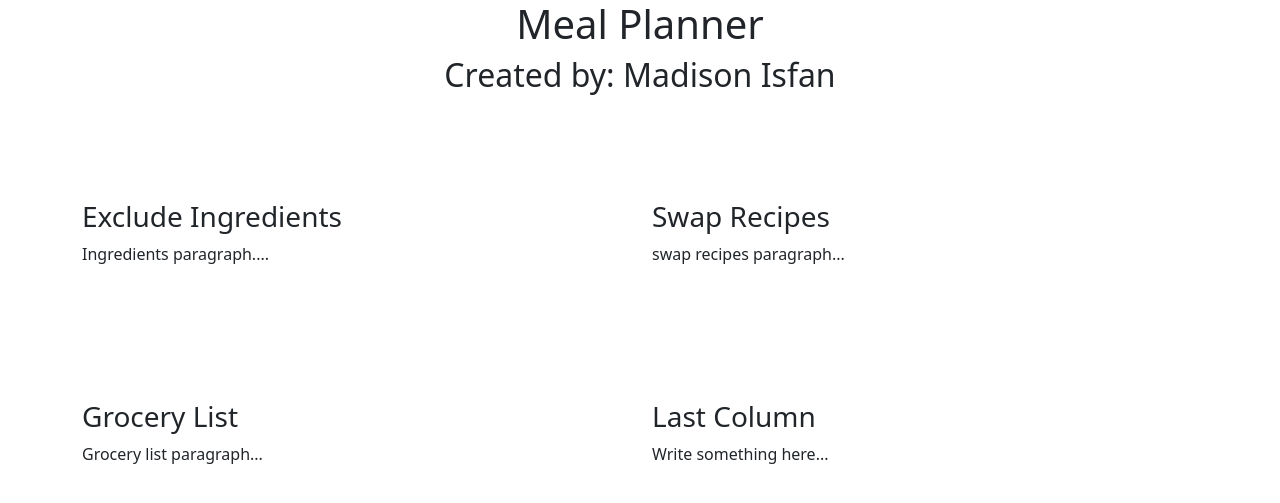
Repository: madisonisfan/Meal-Planner
Page: index.html
The author's editor kept a copy of each file at every save. The page is drawn from the files as they stood at one save, then again after the next save.
The browser window is 1280 px wide. The pictures show the whole page.
Some web libraries are served in a nearby version.

Above is the page before, as saved 2021-02-17 16:26:53.

After the next save:
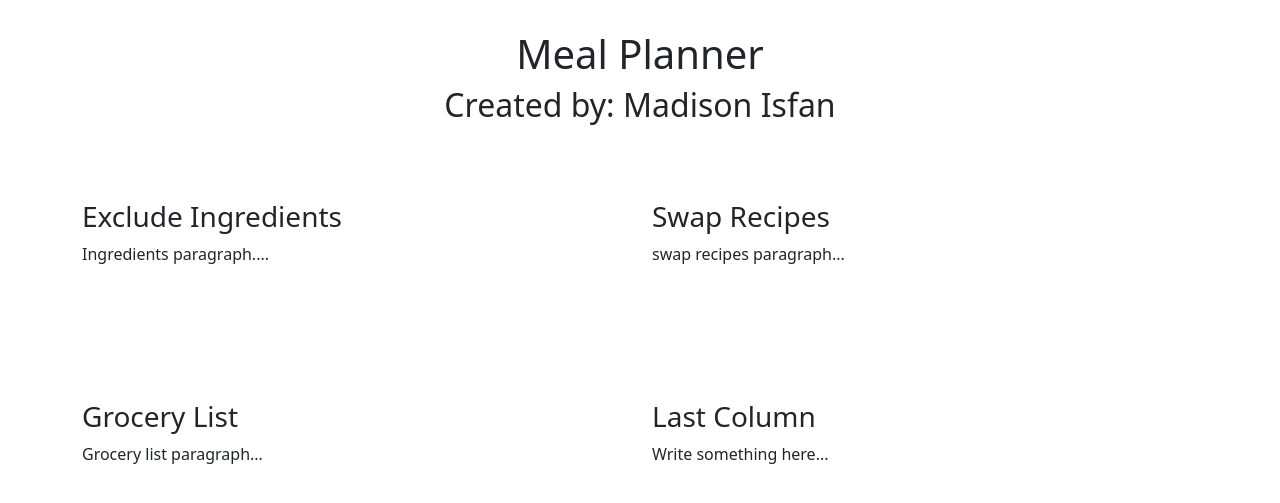
Saved 82 s later.
--- a/css/styles.css
+++ b/css/styles.css
@@ -5,3 +5,7 @@ header {
 .row-content {
   min-height: 200px;
 }
+
+.jumbotron {
+  padding: 30px;
+}
